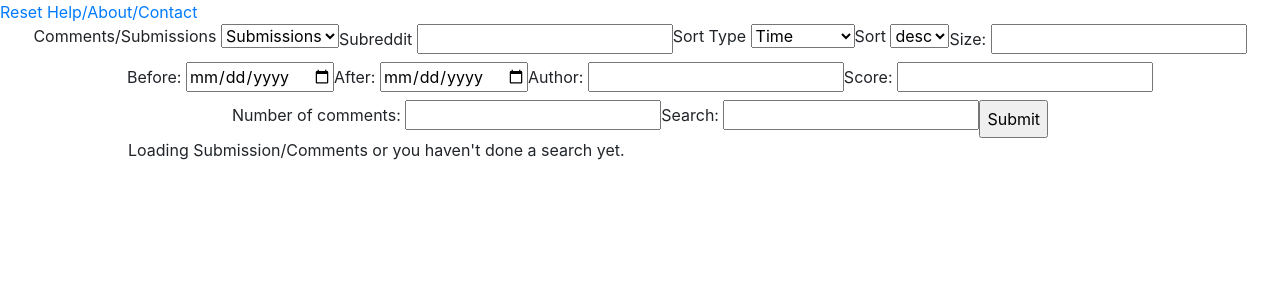
Repository: ihsoyCT/ctarchive
Page: dist/index.html
These files come from the project's save history. The page is drawn as it stood at one moment and after the next save; the edit follows.
The browser window is 1280 px wide. The pictures show the whole page.

Above is the page before, as saved 2022-05-03 17:24:46.

### dist/index.html
<!DOCTYPE html>
<html>
  <head>
    <title>Reddit Archive</title>
    <style>
      .children {
        margin-left: 20px;
      }
      .score {
        margin-top: auto;
        margin-bottom: auto; /* width: 20px; */
        padding-left: 8px; /* align-items: center; */ /* justify-content: center; */ /* align-self: center; */
        width: 2%;
      }

      .submissionclass {
        height: auto;
        background-color: lightgray;
        margin: 20px 0px 20px 0px;
        display: flex;
      }

      .main {
        margin-left: 10px;
      }

      .thumbnail {
        /* FLOAT: right; */
        margin-left: auto;
      }

      div#content {
        width: 80%;
        margin: auto;
      }

      #submission a {
        font-size: 10px;
      }

      #submission .post a {
        font-size: 1rem;
      }

      #orhans {
        background-color: red;
      }

      .posted {
        font-size: 10px;
      }
      .thumbnail img {
        max-width: 400px;
      }
      h3 {
        margin: 0;
      }
      p.comment_title {
        font-size: 10px;
      }

      .post {
        background-color: lightgrey;
        border: solid;
        border-width: 1px;
        margin-bottom: 5px;
        font-size: 1rem;
      }

      .post_highlight {
        background-color: rgb(87, 131, 87);
        border: solid;
        border-width: 1px;
        margin-bottom: 5px;
        font-size: 1rem;
      }

      .searchFlex {
        display: flex;
        flex-wrap: wrap;
        justify-content: center;
      }
      /*
      .searchFlex * {
        margin: 5px;
      }

      .break {
        flex-basis: 100%;
        height: 0;
      }*/
    </style>
    <link
      rel="stylesheet"
      href="https://stackpath.bootstrapcdn.com/bootstrap/4.5.0/css/bootstrap.min.css"
      integrity="sha384-9aIt2nRpC12Uk9gS9baDl411NQApFmC26EwAOH8WgZl5MYYxFfc+NcPb1dKGj7Sk"
      crossorigin="anonymous"
    />
    <script
      src="https://code.jquery.com/jquery-3.5.1.slim.min.js"
      integrity="sha384-DfXdz2htPH0lsSSs5nCTpuj/zy4C+OGpamoFVy38MVBnE+IbbVYUew+OrCXaRkfj"
      crossorigin="anonymous"
    ></script>
    <script
      src="https://cdn.jsdelivr.net/npm/popper.js@1.16.0/dist/umd/popper.min.js"
      integrity="sha384-Q6E9RHvbIyZFJoft+2mJbHaEWldlvI9IOYy5n3zV9zzTtmI3UksdQRVvoxMfooAo"
      crossorigin="anonymous"
    ></script>
    <script
      src="https://stackpath.bootstrapcdn.com/bootstrap/4.5.0/js/bootstrap.min.js"
      integrity="sha384-OgVRvuATP1z7JjHLkuOU7Xw704+h835Lr+6QL9UvYjZE3Ipu6Tp75j7Bh/kR0JKI"
      crossorigin="anonymous"
    ></script>
  </head>
  <div class="error" id="error"></div>
  <div class="left">
    <a href="./index.html" id="back">Reset</a>
    <a href="./about.html" id="back">Help/About/Contact</a>
    <div id="searchform">
      <form id="search_form">
        <div class="searchFlex">
          <label for="mode">
            <span class="label">Comments/Submissions</span>
            <select id="mode" name="mode">
              <option value="submissions">Submissions</option>
              <option value="comments">Comments</option>
            </select>
          </label>
          <label for="subreddit">
            <span class="label">Subreddit </span>
            <input type="text" name="subreddit" id="subreddit" />
          </label>
          <label for="sort_type">
            <span class="label">Sort Type</span>
            <select name="sort_type" id="sort_type">
              <option value="created_utc">Time</option>
              <option value="score">Score</option>
              <option value="num_comments">Comments</option>
            </select>
          </label>
          <label for="sort">
            <span class="label">Sort</span>
            <select name="sort" id="sort">
              <option value="desc">desc</option>
              <option value="asc">asc</option>
            </select>
          </label>
          <div class="break"></div>
          <label for="size">
            <span class="label">Size:</span>
            <input type="text" name="size" id="size" />
          </label>
          <label for="before">
            <span class="label">Before:</span>
            <input type="date" name="before" id="before" />
          </label>
          <label for="after">
            <span class="label">After:</span>
            <input type="date" name="after" id="after" />
          </label>
          <label for="author">
            <span class="label">Author:</span>
            <input type="text" name="author" id="author" />
          </label>
          <div class="break"></div>
          <label for="score">
            <span class="label">Score:</span>
            <input type="text" name="score" id="score" />
          </label>
          <label for="num_comments">
            <span class="label">Number of comments:</span>
            <input type="text" name="num_comments" id="num_comments" />
          </label>
          <label for="q">
            <span class="label">Search:</span>
            <input type="text" name="q" id="q" />
          </label>
          <input type="submit" />
        </div>
      </form>
    </div>
  </div>
  <div id="status"></div>
  <div id="content"></div>
  <div id="orphans"></div>
  <body>
    <script src="index.js"></script>
  </body>
</html>

Loaded but not shown: dist/index.js (library)

After the next save:
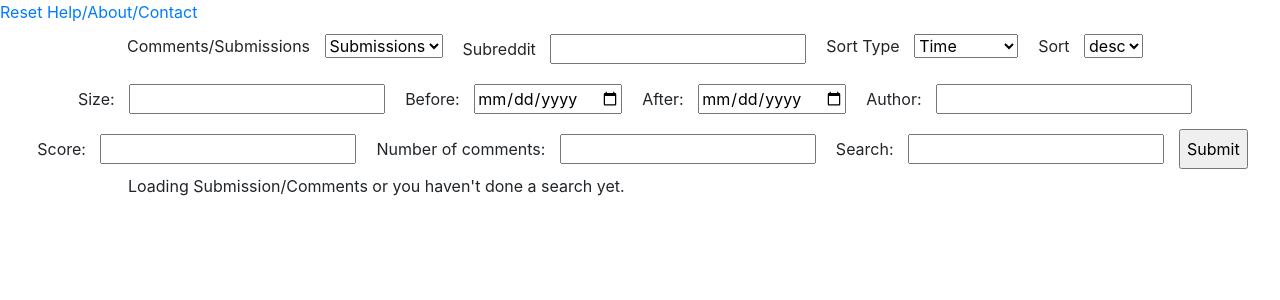
Saved 18 s later.
--- a/dist/index.html
+++ b/dist/index.html
@@ -80,10 +80,10 @@
         flex-wrap: wrap;
         justify-content: center;
       }
-      /*
       .searchFlex * {
         margin: 5px;
       }
+      /*
 
       .break {
         flex-basis: 100%;
